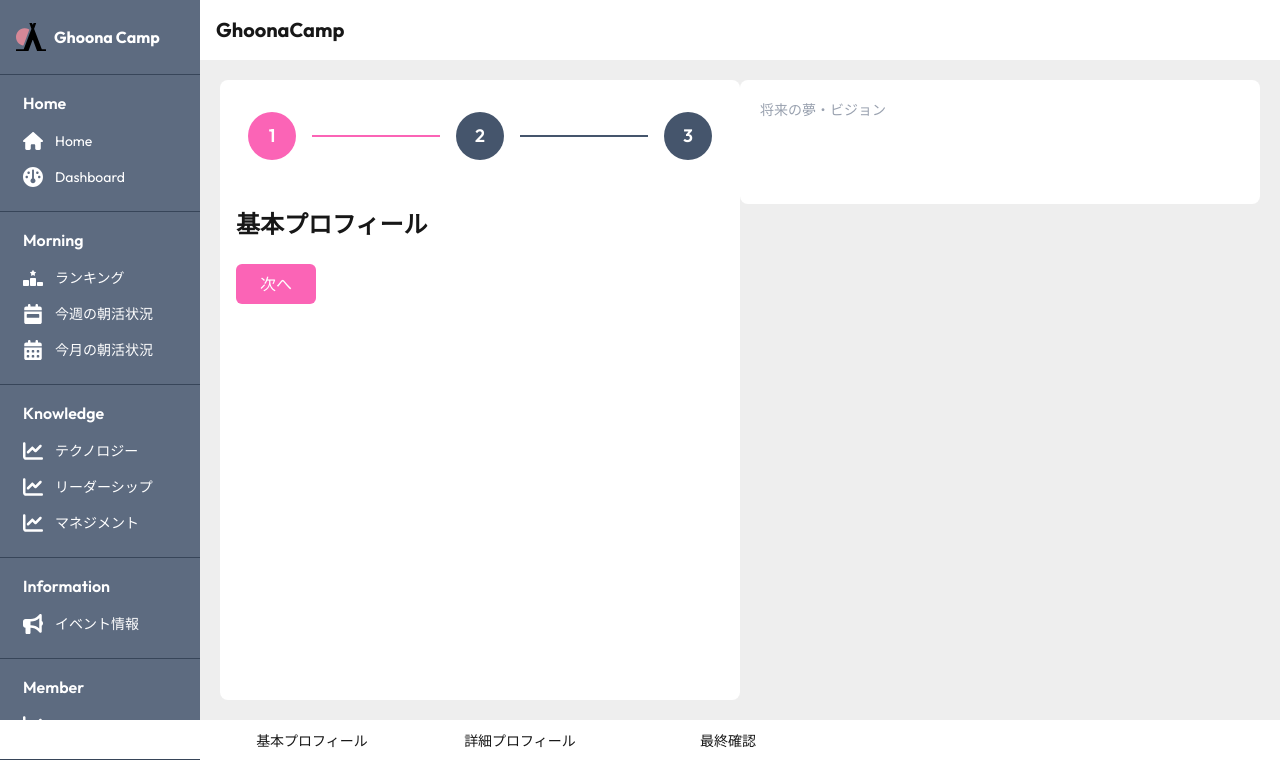
Repository: ShotaGhoona/ghoonacamp_platform
Page: /setting/profile/3
An editor plug-in stored every save of this project. The page is shown before and after the next save, followed by the edit.
The browser window is 1280 px wide. The pictures show the whole page.
The page's requests for data from a server got no answer. The project was rebuilt for these pictures with package versions that can differ from the ones it lists, and the page was loaded fresh each time. Some packages were replaced by stand-ins written for this rebuild. The framework's server and built-in components were replaced by stand-ins that run in the browser. No one was signed in, and anything a server would have sent is missing. Also part of the build but not shown: next.config.js.

Above is the page before, as saved 2025-04-29 10:33:41.

### src/app/layout.tsx
import type { Metadata } from 'next';
import { Outfit } from 'next/font/google';
import './globals.css';
import Sidebar from '@/components/display/sidebar';
import Header from '@/components/display/header';
import { ClerkProvider } from '@clerk/nextjs';

const outfit = Outfit({ subsets: ['latin'] });

export const metadata: Metadata = {
  title: 'Ghoona Camp',
  description: 'Ghoona Camp Platform',
};

export default function RootLayout({
  children,
}: {
  children: React.ReactNode;
}) {
  return (
    <ClerkProvider>
      <html lang="ja">
        <body className={outfit.className}>
          <div className="flex">
            <div className="w-[200px] transition-all duration-300">
              <Sidebar />
            </div>
            <div className="flex-1 flex flex-col max-h-screen">
              <Header />
              <main className="bg-[#EEEEEE] flex-1 min-h-[calc(100vh-60px)] p-5">
                {children}
              </main>
            </div>
          </div>
        </body>
      </html>
    </ClerkProvider>
  );
}

### src/app/setting/profile/3/page.tsx

import IndexPage from "@/features/setting/profile/1/display/index";

export default function Profile() {
  return (
    <IndexPage />
  );
}

### src/components/display/sidebar.tsx
'use client';

import Link from 'next/link';
import { usePathname } from 'next/navigation';
import clsx from 'clsx';

const groups: { title: string; links: { href: string; label: string; icon: string }[] }[] = [
  {
    title: 'Home',
    links: [
      { href: '/home', label: 'Home', icon: '/svg/sidebarIcon/home.svg' },
      { href: '/home/dashboard', label: 'Dashboard', icon: '/svg/sidebarIcon/dashboard.svg' },
    ],
  },
  {
    title: 'Morning',
    links: [
      { href: '/morning/ranking', label: 'ランキング', icon: '/svg/sidebarIcon/ranking.svg' },
      { href: '/morning/weekend', label: '今週の朝活状況', icon: '/svg/sidebarIcon/week.svg' },
      { href: '/morning/month', label: '今月の朝活状況', icon: '/svg/sidebarIcon/month.svg' },
    ],
  },
  {
    title: 'Knowledge',
    links: [
      { href: '/knowledge/tech', label: 'テクノロジー', icon: '/svg/sidebarIcon/analysis.svg' },
      { href: '/knowledge/leadership', label: 'リーダーシップ', icon: '/svg/sidebarIcon/analysis.svg' },
      { href: '/knowledge/management', label: 'マネジメント', icon: '/svg/sidebarIcon/analysis.svg' },
    ],
  },
  {
    title: 'Information',
    links: [{ href: '/information/events', label: 'イベント情報', icon: '/svg/sidebarIcon/externalEvents.svg' }],
  },
  {
    title: 'Member',
    links: [{ href: '/members', label: 'GhoonaCamper', icon: '/svg/sidebarIcon/analysis.svg' }],
  },
];

export default function Sidebar() {
  const pathname = usePathname();

  return (
    <aside className="w-full h-screen bg-[#5D6B80] text-white">
      <div className="flex items-center gap-2 h-[75px] px-4 border-b border-[#374559]">
        <img src="/svg/logo.svg" alt="Ghoona Camp" className="w-[30px] h-[30px]" />
        <span className="font-bold">Ghoona Camp</span>
      </div>

      <nav>
        {groups.map((g) => (
          <div key={g.title} className="border-b border-[#374559] px-[15px] py-4">
            <p className="text-base font-semibold mb-2 px-2">
              {g.title}
            </p>
            {g.links.map((l) => (
              <Link
                key={l.href}
                href={l.href}
                className={clsx(
                  'flex items-center gap-3 p-2 rounded-lg text-sm',
                  pathname === l.href
                    ? 'bg-primary text-white'
                    : 'hover:bg-slate-600'
                )}
              >
                <img src={l.icon} alt={l.label} className="w-[20px] h-[20px]" />
                <span>{l.label}</span>
              </Link>
            ))}
          </div>
        ))}
      </nav>
    </aside>
  );
}

### src/components/display/header.tsx
'use client';

import { UserButton, useUser } from '@clerk/nextjs';

export default function Header() {
  const { user, isLoaded } = useUser();

  return (
    <header className="w-full h-16  flex items-center justify-between px-4">
      <div className="flex items-center gap-4">
        <h1 className="text-xl font-bold">GhoonaCamp</h1>
      </div>
      <div className="flex items-center gap-4">
        {isLoaded && user && (
          <div className="flex items-center gap-2">
            <span className="text-sm">
              {user.firstName} {user.lastName}
            </span>
            <UserButton afterSignOutUrl="/" />
          </div>
        )}
      </div>
    </header>
  );
}

### src/features/setting/profile/1/display/index.tsx
import { SettingSection } from "./SettingSection";
import { PreviewSection } from "./PreviewSection";

export default function IndexPage() {
  return (
    <div className="w-full h-full flex">
      <div className="w-[50%] h-full bg-white rounded-lg">
        <SettingSection />
      </div>
      <div className="w-[50%] h-full">
        <PreviewSection />
      </div>
    </div>
  );
}

### src/features/setting/profile/1/display/SettingSection.tsx
import { ProfileSettingTab } from "@/components/setting/profileSettingTab";

export const SettingSection = () => {
  return (
    <div className="w-full h-full flex flex-col">
        <ProfileSettingTab />
    </div>
  );
};

### src/features/setting/profile/1/display/PreviewSection.tsx
export const PreviewSection = () => {
    return (
      <div className="w-full h-full flex flex-col">
        <div className="w-full h-[20%] bg-white rounded-lg p-5 flex flex-col">
          <p className="text-sm text-gray-400">将来の夢・ビジョン</p>
        </div>
      </div>
    );
};

### src/components/setting/profileSettingTab.tsx
"use client";

import { useState } from 'react';
import { cn } from '@/lib/utils';

type Step = 'basic' | 'detail' | 'confirm';

export const ProfileSettingTab = () => {
  const [currentStep, setCurrentStep] = useState<Step>('basic');

  const steps = [
    { id: 'basic', number: 1, title: '基本プロフィール' },
    { id: 'detail', number: 2, title: '詳細プロフィール' },
    { id: 'confirm', number: 3, title: '最終確認' },
  ];

  return (
    <div className="w-full max-w-4xl mx-auto px-4 py-8">
      {/* ステップインジケーター */}
      <div className="flex items-center justify-center mb-12">
        {steps.map((step, index) => (
          <div key={step.id} className="flex items-center">
            {/* ステップサークル */}
            <div
              className={cn(
                'w-12 h-12 rounded-full flex items-center justify-center text-lg font-semibold',
                currentStep === step.id
                  ? 'bg-pink-400 text-white'
                  : 'bg-slate-600 text-white'
              )}
            >
              {step.number}
            </div>

            {/* ステップタイトル */}
            <div className="text-center mt-2 absolute -bottom-8 w-32">
              <span className="text-sm font-medium">{step.title}</span>
            </div>

            {/* 接続線 */}
            {index < steps.length - 1 && (
              <div
                className={cn(
                  'h-[2px] w-32 mx-4',
                  currentStep === steps[index + 1].id || currentStep === step.id
                    ? 'bg-pink-400'
                    : 'bg-slate-600'
                )}
              />
            )}
          </div>
        ))}
      </div>

      {/* コンテンツエリア */}
      <div className="mt-12">
        {currentStep === 'basic' && (
          <div className="space-y-6">
            <h2 className="text-2xl font-bold">基本プロフィール</h2>
            {/* ここに基本プロフィールのフォームを実装 */}
            <button
              onClick={() => setCurrentStep('detail')}
              className="bg-pink-400 text-white px-6 py-2 rounded-md hover:bg-pink-500"
            >
              次へ
            </button>
          </div>
        )}

        {currentStep === 'detail' && (
          <div className="space-y-6">
            <h2 className="text-2xl font-bold">詳細プロフィール</h2>
            {/* ここに詳細プロフィールのフォームを実装 */}
            <div className="flex gap-4">
              <button
                onClick={() => setCurrentStep('basic')}
                className="bg-slate-600 text-white px-6 py-2 rounded-md hover:bg-slate-700"
              >
                戻る
              </button>
              <button
                onClick={() => setCurrentStep('confirm')}
                className="bg-pink-400 text-white px-6 py-2 rounded-md hover:bg-pink-500"
              >
                次へ
              </button>
            </div>
          </div>
        )}

        {currentStep === 'confirm' && (
          <div className="space-y-6">
            <h2 className="text-2xl font-bold">最終確認</h2>
            {/* ここに確認画面を実装 */}
            <div className="flex gap-4">
              <button
                onClick={() => setCurrentStep('detail')}
                className="bg-slate-600 text-white px-6 py-2 rounded-md hover:bg-slate-700"
              >
                戻る
              </button>
              <button
                className="bg-pink-400 text-white px-6 py-2 rounded-md hover:bg-pink-500"
              >
                保存
              </button>
            </div>
          </div>
        )}
      </div>
    </div>
  );
};

Loaded but not shown: src/app/globals.css (common file); src/lib/utils.ts (common file)

After the next save:
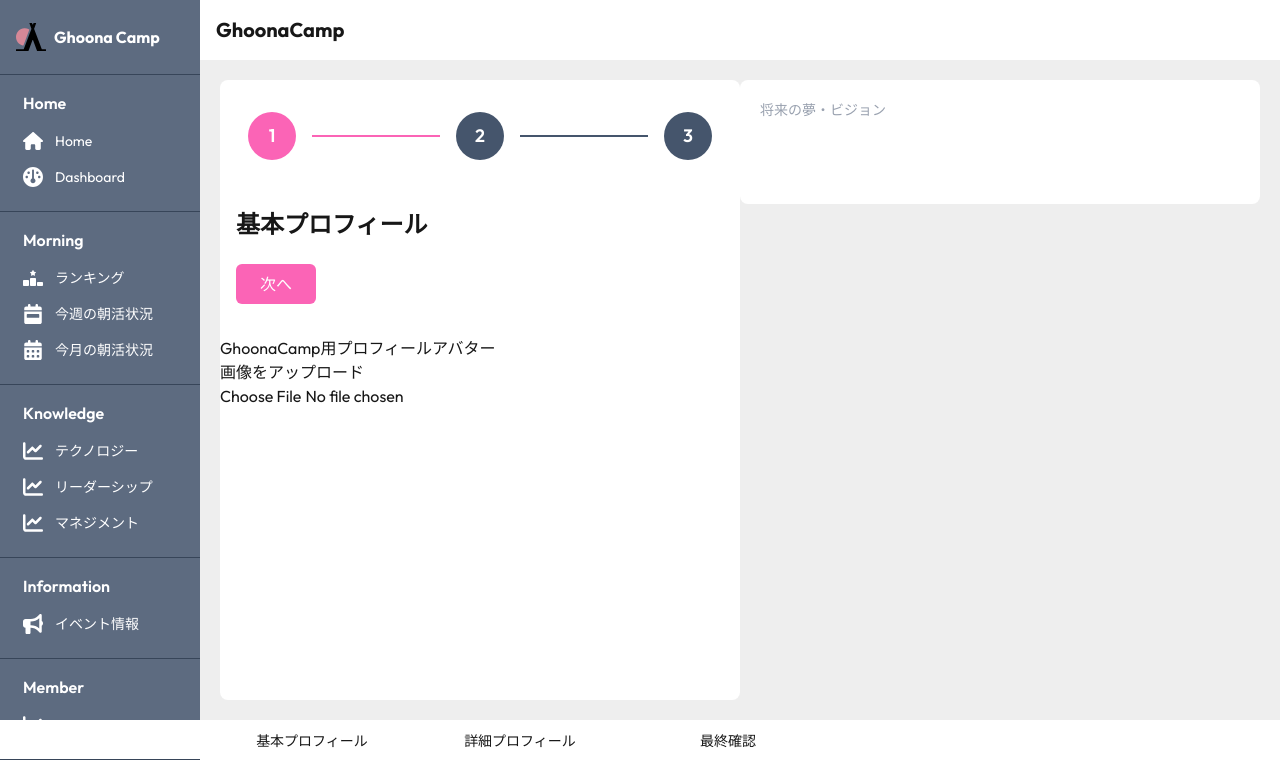
Saved 103 s later.
--- a/src/features/setting/profile/1/display/SettingSection.tsx
+++ b/src/features/setting/profile/1/display/SettingSection.tsx
@@ -4,6 +4,16 @@
   return (
     <div className="w-full h-full flex flex-col">
         <ProfileSettingTab />
+        <div>
+            <h2>GhoonaCamp用プロフィールアバター</h2>
+            <div>
+                {/* 画像アップロードの箱 */}
+                <div>
+                    <p>画像をアップロード</p>
+                    <input type="file" />
+                </div>
+            </div>
+        </div>
     </div>
   );
 };
